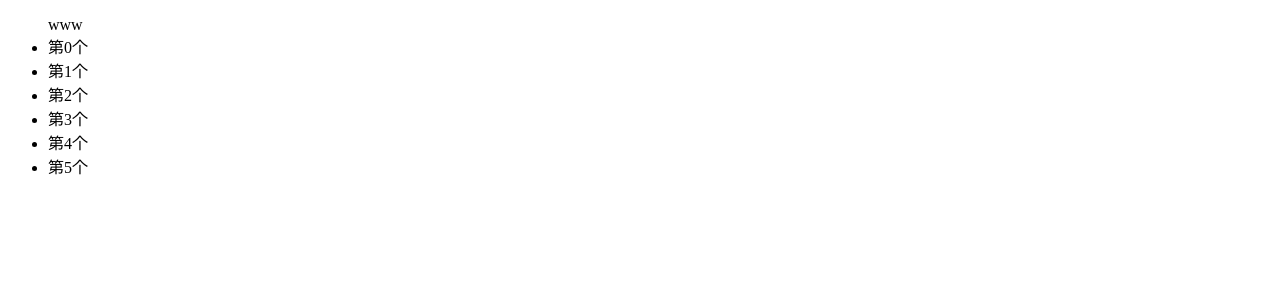
Repository: Romic77/css-test
Page: 伪类选择器.html
An editor plug-in stored every save of this project. The page is shown before and after the next save, followed by the edit.
The browser window is 1280 px wide. The pictures show the whole page.

Above is the page before, as saved 2022-09-02 21:38:11.

### 伪类选择器.html
<!DOCTYPE html>
<html lang="en">

<head>
    <meta charset="UTF-8">
    <meta http-equiv="X-UA-Compatible" content="IE=edge">
    <meta name="viewport" content="width=device-width, initial-scale=1.0">
    <title>Document</title>
    <style>
        /* 伪类(不存在的类)迎来描述一个元素的特殊状态
                比如:第一个元素 被点击的元素 鼠标移入的元素]
                伪类都是以:开头
                :first-child  第一个子元素
                :last-child 最后一个子元素
                :nth-child(n) 选中第N个子元素
                    特殊值:
                        n 所有元素
                        2n或even  偶数
                        2n+1或odd 奇数
                - 这些伪类是根据所有的子元素进行排序

                :first-of-type
                :last-of-type
                :nth-of-type(n)
                - 同类型元素中进行排序

                :not() 否定伪类
                - 将符合条件的元素去除
            */
        /* ul>li:nth-child(2) {
            color: red;
        } */

        ul>li::not(:nth-of-type(1)) {
            color: red;
        }
    </style>
</head>

<body>
    <ul>
        <span>www</span>
        <li>第0个</li>
        <li>第1个</li>
        <li>第2个</li>
        <li>第3个</li>
        <li>第4个</li>
        <li>第5个</li>
    </ul>
</body>

</html>

After the next save:
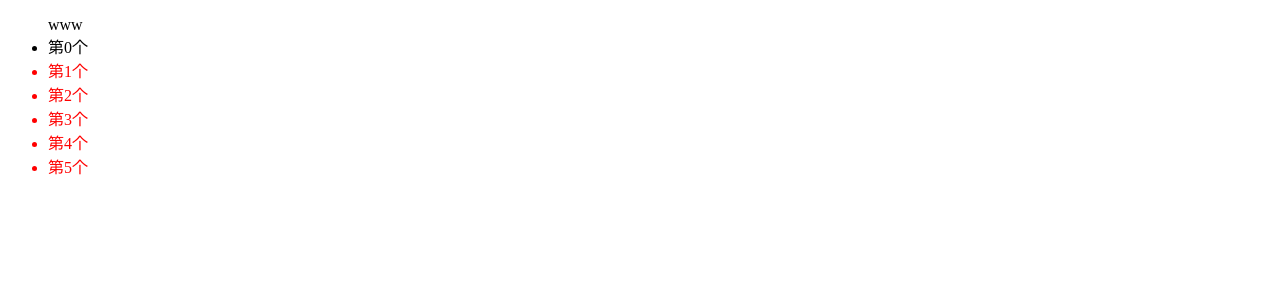
Saved 11 s later.
--- a/伪类选择器.html
+++ b/伪类选择器.html
@@ -31,7 +31,7 @@
             color: red;
         } */
 
-        ul>li::not(:nth-of-type(1)) {
+        ul>li:not(:nth-of-type(1)) {
             color: red;
         }
     </style>
